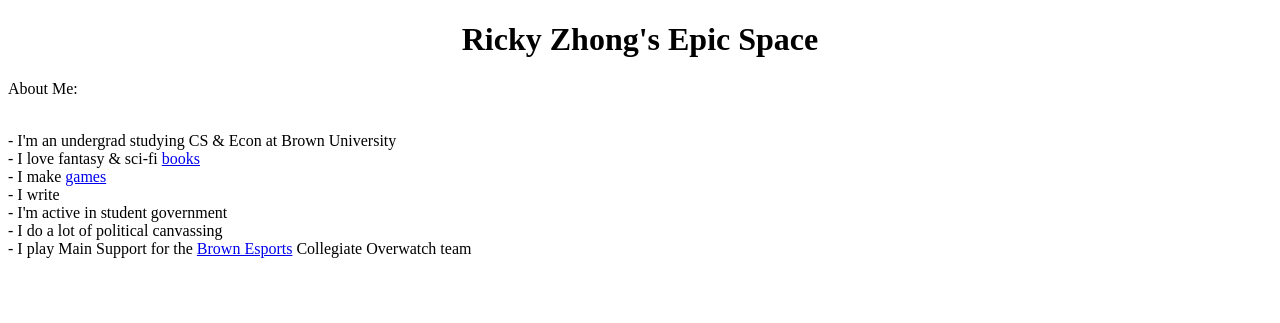
Repository: rickydaricky/rickydaricky.github.io
Page: index.html
The author's editor kept a copy of each file at every save. The page is drawn from the files as they stood at one save, then again after the next save.
The browser window is 1280 px wide. The pictures show the whole page.

Above is the page before, as saved 2021-11-26 01:57:40.

### index.html
<!DOCTYPE html>
<html>
  <body>
    <h1 style="text-align: center;">Ricky Zhong's Epic Space</h1>
    <p font-size=160%;>About Me:</p>
    <p>
      <br />
      - I'm an undergrad studying CS & Econ at Brown University
      <br />
      - I love fantasy & sci-fi
      <a href="https://goodreads.com/rickydaricky">books</a>
      <br />
      - I make
      <a href="https://rickydaricky.itch.io/">games</a>
      <br />
      - I write
      <br />
      - I'm active in student government
      <br />
      - I do a lot of political canvassing
      <br />
      - I play Main Support for the
      <a href="https://brownesports.org/">Brown Esports</a>
      Collegiate Overwatch team
    </p>
  </body>
</html>

After the next save:
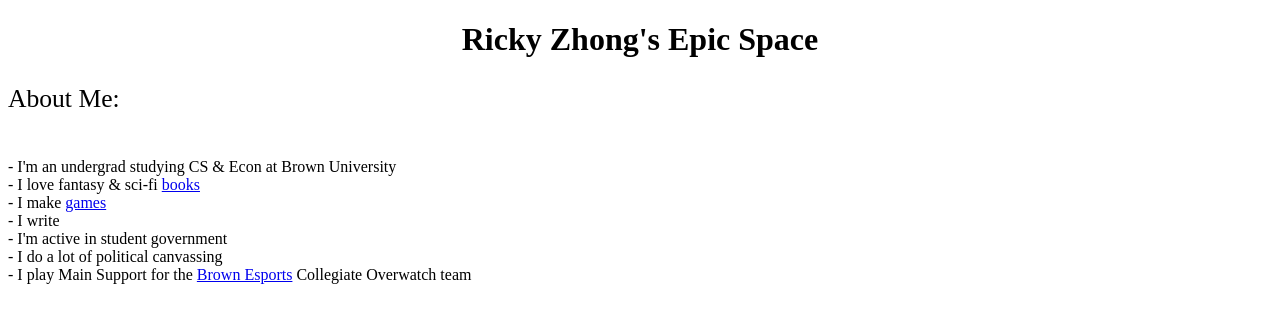
Saved 43 s later.
--- a/index.html
+++ b/index.html
@@ -2,7 +2,7 @@
 <html>
   <body>
     <h1 style="text-align: center;">Ricky Zhong's Epic Space</h1>
-    <p font-size=160%;>About Me:</p>
+    <p style="font-size:160%;">About Me:</p>
     <p>
       <br />
       - I'm an undergrad studying CS & Econ at Brown University
